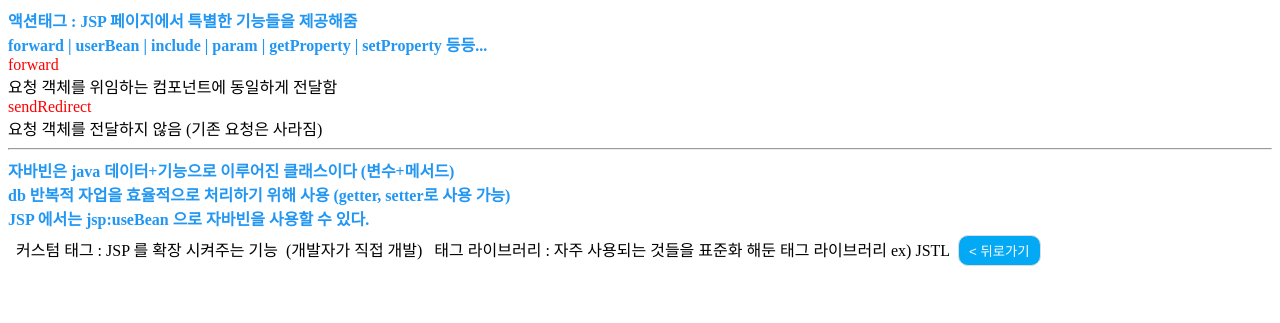
Repository: hyejux/JSP_STUDY
Page: http://localhost/JSPPractice2/JSP_ex5.jsp
These files come from the project's save history. The page is drawn as it stood at one moment and after the next save; the edit follows.
The browser window is 1280 px wide. The pictures show the whole page.
The page is served by Tomcat 9.

Above is the page before, as saved 2025-01-07 16:54:18.

After the next save:
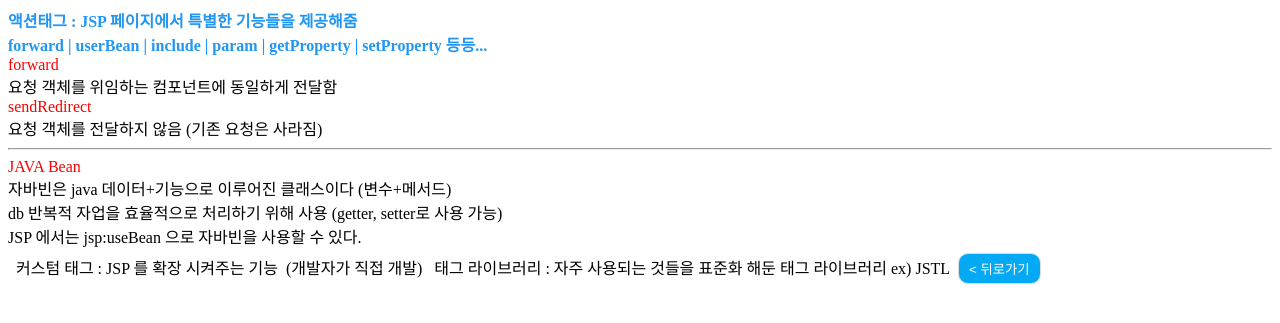
Saved 21 s later.
--- a/JSPPractice2/src/main/webapp/JSP_ex5.jsp
+++ b/JSPPractice2/src/main/webapp/JSP_ex5.jsp
@@ -23,11 +23,11 @@
 
 
 	<hr>
-	<div class="info">
-		<div> 자바빈은 java 데이터+기능으로 이루어진 클래스이다 (변수+메서드) </div>
-		<div> db 반복적 자업을 효율적으로 처리하기 위해 사용 (getter, setter로 사용 가능) </div>
-		<div> JSP 에서는 jsp:useBean 으로 자바빈을 사용할 수 있다.</div>
-	</div>
+	<div class="point"> JAVA Bean  </div>
+	<div> 자바빈은 java 데이터+기능으로 이루어진 클래스이다 (변수+메서드) </div>
+	<div> db 반복적 자업을 효율적으로 처리하기 위해 사용 (getter, setter로 사용 가능) </div>
+	<div> JSP 에서는 jsp:useBean 으로 자바빈을 사용할 수 있다.</div>
+
 
 
 
